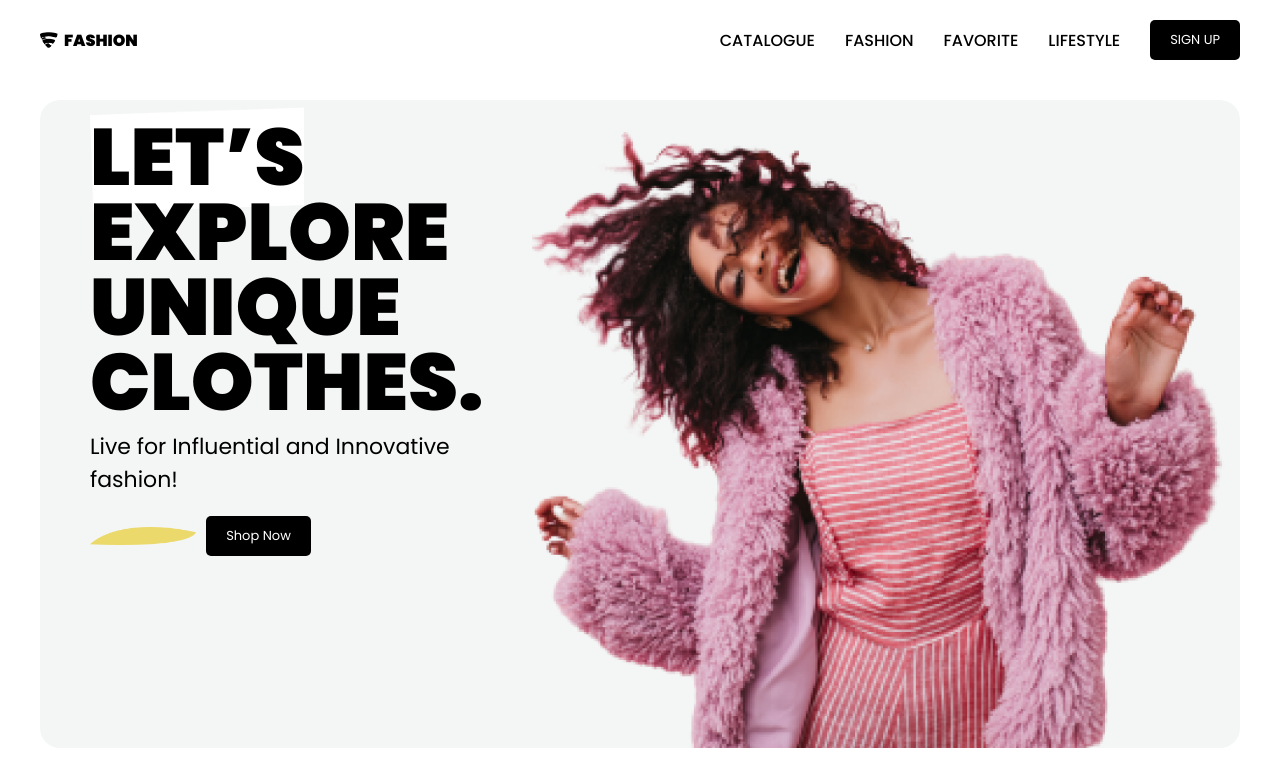
Repository: isaacCodes1/FashionSite2
Page: index.html
An editor plug-in stored every save of this project. The page is shown before and after a run of saves, followed by the edit.
The browser window is 1280 px wide. The pictures show the whole page.

Above is the page before, as saved 2024-03-11 13:47:43.

### index.html
<!DOCTYPE html>
<html lang="en">
  <head>
    <meta charset="UTF-8" />
    <meta name="viewport" content="width=device-width, initial-scale=1.0" />
    <link rel="stylesheet" href="/style.css" />
    <title>Document</title>
  </head>
  <body>
    <header>
      <nav>
        <div class="logo">
          <a href="#"> <img src="/Assets/Vector.png" alt="" /> FASHION</a>
        </div>
        <div class="navList">
          <ul>
            <li><a href="#">CATALOGUE</a></li>
            <li><a href="#">FASHION</a></li>
            <li><a href="#">FAVORITE</a></li>
            <li><a href="#">LIFESTYLE</a></li>
          </ul>
          <button>SIGN UP</button>
        </div>
      </nav>
    </header>
    <main>
      <section class="landingPageContainer">
        <div class="landingPage">
          <div class="textContainer">
            <h1>
              <span class="span1">LET’S</span> EXPLORE
              <span class="span2">UNIQUE</span> CLOTHES.
            </h1>
            <p>Live for Influential and Innovative fashion!</p>
            <div class="textBtn">
              <img src="/Assets/Vector 9.png" alt="" />
              <button class="btn">Shop Now</button>
            </div>
          </div>
          <div class="imgContainer">
            <img src="/Assets/girl.png" alt="" />
          </div>
        </div>
      </section>
    </main>
  </body>
</html>

### style.css
@import url("https://fonts.googleapis.com/css2?family=Poppins:ital,wght@0,100;0,200;0,300;0,400;0,500;0,600;0,700;0,800;0,900;1,100;1,200;1,300;1,400;1,500;1,600;1,700;1,800;1,900&display=swap");
* {
  margin: 0;
  padding: 0;
  box-sizing: border-box;
  font-family: "Poppins", sans-serif;
}
nav {
  display: flex;
  align-items: center;
  justify-content: space-between;
  width: 100%;
  padding: 20px 40px;
}
.logo a {
  display: flex;
  align-items: center;
  gap: 6px;
  text-decoration: none;
  color: black;
  font-size: 16px;
  font-weight: 900;
}
.logo a img {
  width: 16%;
}
.navList {
  display: flex;
  gap: 30px;
  align-items: center;
}
.navList ul {
  display: flex;
  gap: 30px;
  list-style: none;
}
.navList ul li a {
  text-decoration: none;
  color: black;
  font-size: 16px;
  font-weight: 500;
}
.navList ul li:hover {
  transform: scale(1.02);
  transition: 1s ease-in-out;
}
.navList button {
  border: 0;
  background: black;
  padding: 10px 20px;
  color: white;
  border-radius: 5px;
  font-size: 13px;
}
.navList button:hover {
  transform: scale(1.02);
  transition: 1s ease-in-out;
  color: black;
  background: rgb(137, 136, 136);
}

/* landingPageContainer */
.landingPageContainer {
  padding: 20px 40px;
}
.landingPage {
  display: flex;
  flex: 1;
  width: 100%;
  height: 90vh;
  padding: 20px 10px 0px 10px;
  border-radius: 20px;
  background: #f4f6f5;
}
.textContainer {
  display: flex;
  flex: 0.5;
  flex-direction: column;
  gap: 10px;
  padding-left: 40px;
}
.textContainer h1 {
  font-size: 80px;
  font-weight: 900;
  width: 50%;
  line-height: 75px;
}
.textContainer p {
  font-size: 22px;
}

.textBtn {
  display: flex;
  align-items: center;
  width: 80%;
  margin-top: 10px;
  gap: 10px;
}
.btn {
  border: 0;
  background: black;
  padding: 10px 20px;
  color: white;
  border-radius: 5px;
  font-size: 13px;
}
.btn:hover {
  transform: scale(1.02);
  transition: 1s ease-in-out;
  color: black;
  background: rgb(137, 136, 136);
}
.textBtn img {
  width: 30%;
}
.imgContainer {
  flex: 0.5;
  display: flex;
  /* border: 1px solid; */
}
.span1{
  background-image: url(/Assets/Rectangle\ 3.png);
  background-size: cover;
}
.span2{
  background-image: ;
}

After the next 4 saves:
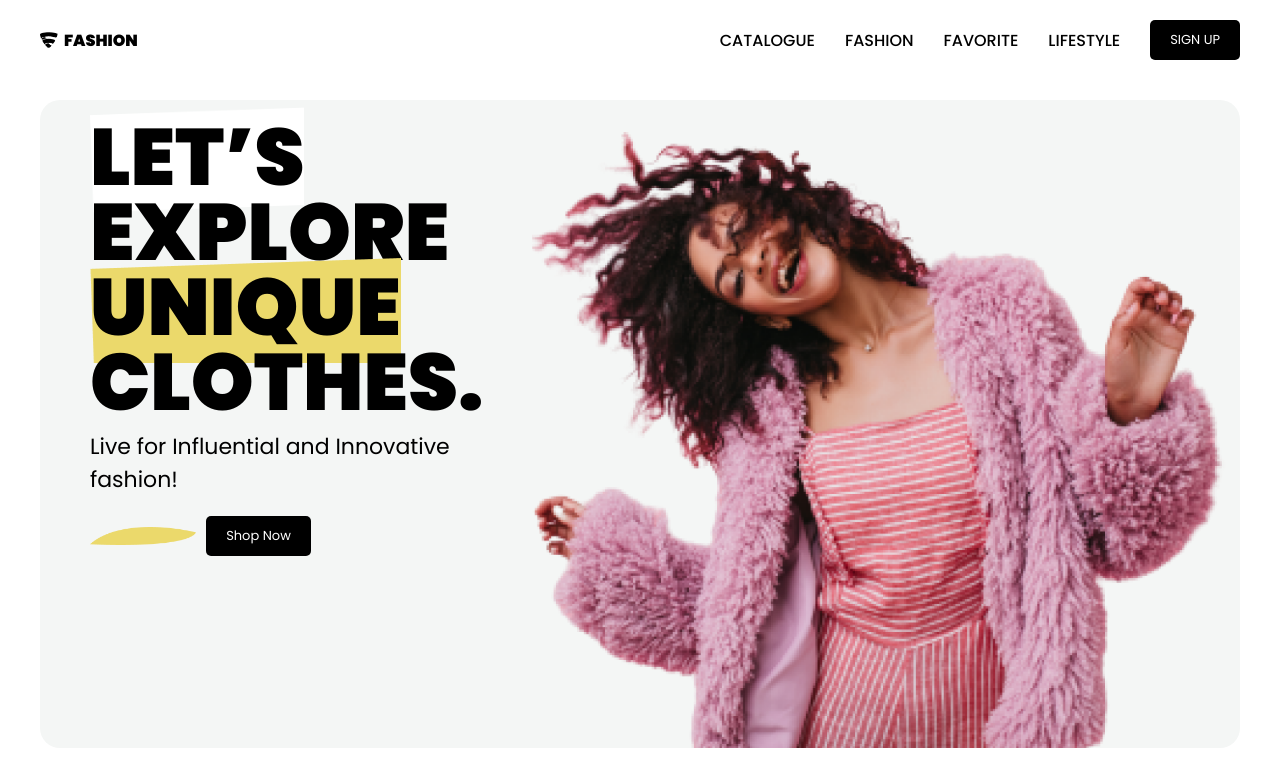
The 4 saves are shown as one change because they came seconds apart.
The last was saved 8 s later.
--- a/style.css
+++ b/style.css
@@ -123,5 +123,5 @@
   background-size: cover;
 }
 .span2{
-  background-image: ;
+  background-image: url(/Assets/Rectangle\ 6.png);
 }
